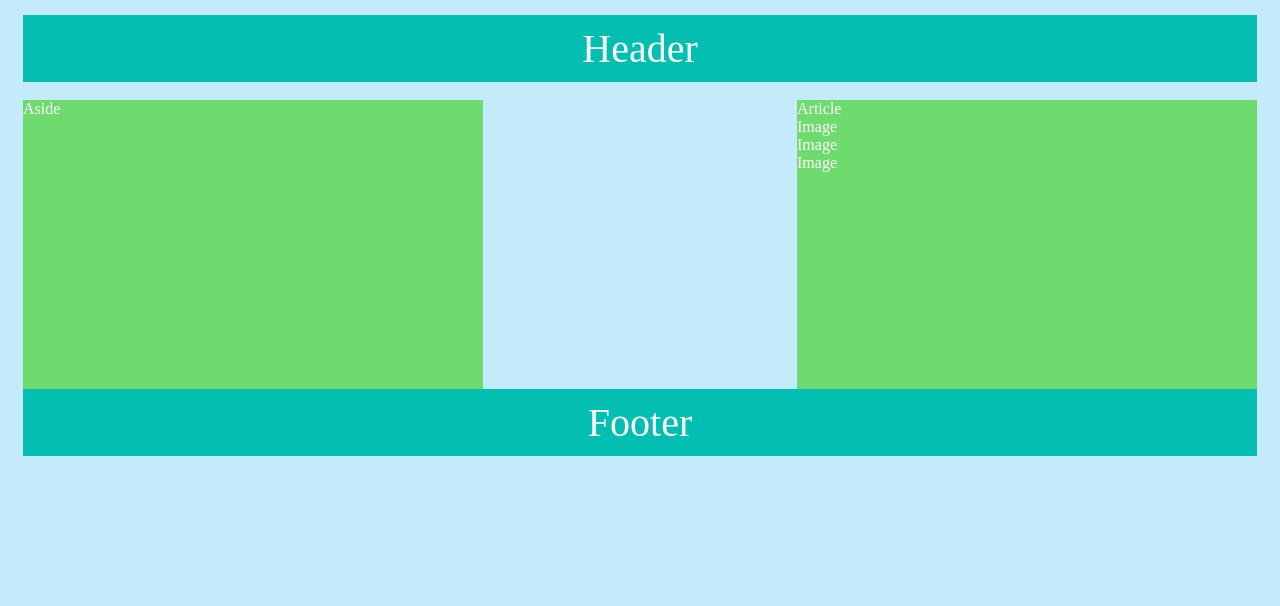
Repository: huyennvo/CSS
Page: flex-css-example/index.html
An editor plug-in stored every save of this project. The page is shown before and after the next save, followed by the edit.
The browser window is 1280 px wide. The pictures show the whole page.

Above is the page before, as saved 2022-07-18 10:54:02.

### flex-css-example/index.html
<!DOCTYPE html>
<html lang="en">
<head>
    <meta charset="UTF-8">
    <meta http-equiv="X-UA-Compatible" content="IE=edge">
    <meta name="viewport" content="width=device-width, initial-scale=1.0">
    <title>Flexbox example</title>
    <link rel="stylesheet" href="./index.css">
</head>
<body>
    <div class="container">
        <div class="header">
            Header
        </div>
        <br>
        <div class="body">
            <div class="body-left">Aside</div>
            <div class="body-right">
                Article
                <div class="item1">Image</div>
                <div class="item2">Image</div>
                <div class="item3">Image</div>
            </div>
        </div>
        <div class="footer">
            <footer>Footer</footer>
        </div>
    </div>
</body>
</html>

### flex-css-example/index.css
html {
    background-color: #C4EBF9;
}
 .container {
    align-content: center;
    margin: 15px;
    color: white;
}
.header {
    background-color: #02BFB1;
    text-align: center;
    font-size: 40px;
    padding: 10px;
}

.footer {
    background-color: #02BFB1;
    text-align: center;
    color: white;
    font-size: 40px;
    padding: 10px;
}

.body {
    display: flex;
    flex-direction: row;
    flex-wrap: wrap;
    justify-content: space-between
}

.body-left {
    background-color: #6EDB6E;
    width: 460px;
    height: 289px;
}

.body-right {
    background-color: #6EDB6E;
    width: 460px;
    height: 289px;
}

.item {

}

After the next save:
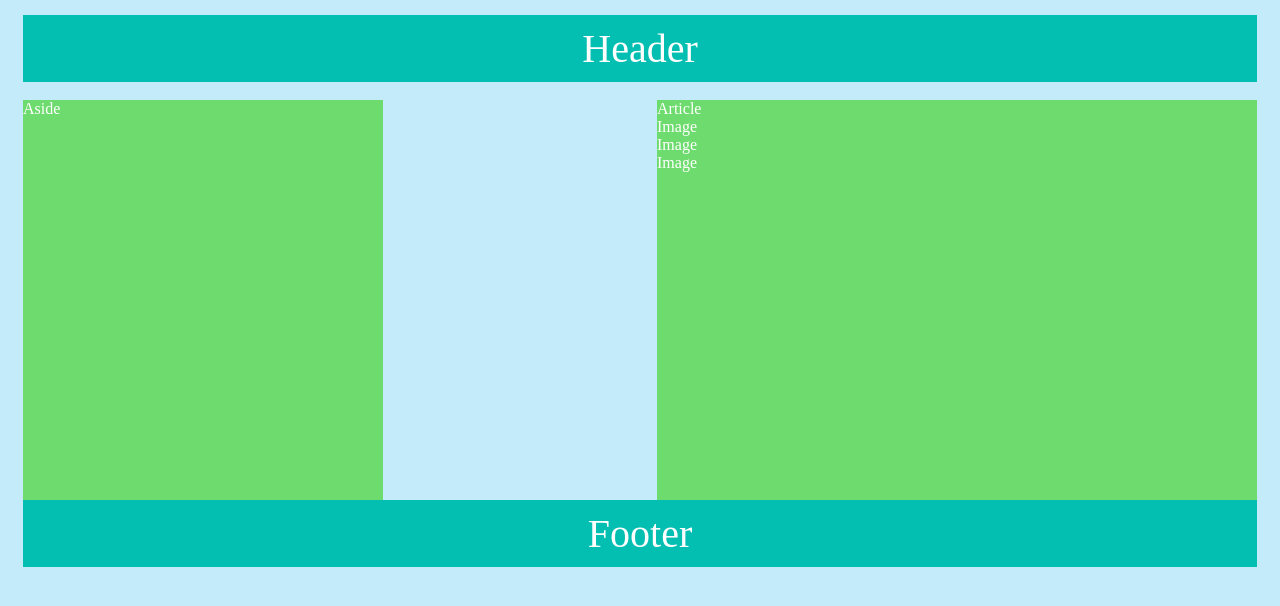
Saved 45 s later.
--- a/flex-css-example/index.css
+++ b/flex-css-example/index.css
@@ -30,14 +30,14 @@ html {
 
 .body-left {
     background-color: #6EDB6E;
-    width: 460px;
-    height: 289px;
+    width: 360px;
+    height: 400px;
 }
 
 .body-right {
     background-color: #6EDB6E;
-    width: 460px;
-    height: 289px;
+    width: 600px;
+    height: 400px;
 }
 
 .item {
